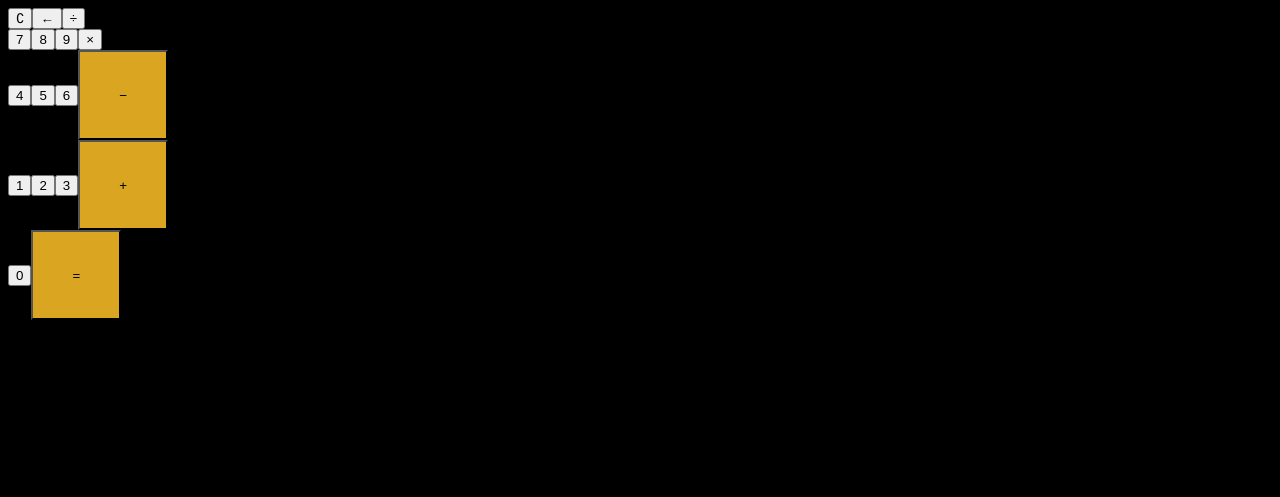
Repository: jontslater/LAB-calculator2
Page: index.html
The author's editor kept a copy of each file at every save. The page is drawn from the files as they stood at one save, then again after the next save.
The browser window is 1280 px wide. The pictures show the whole page.

Above is the page before, as saved 2023-10-12 15:46:36.

After the next save:
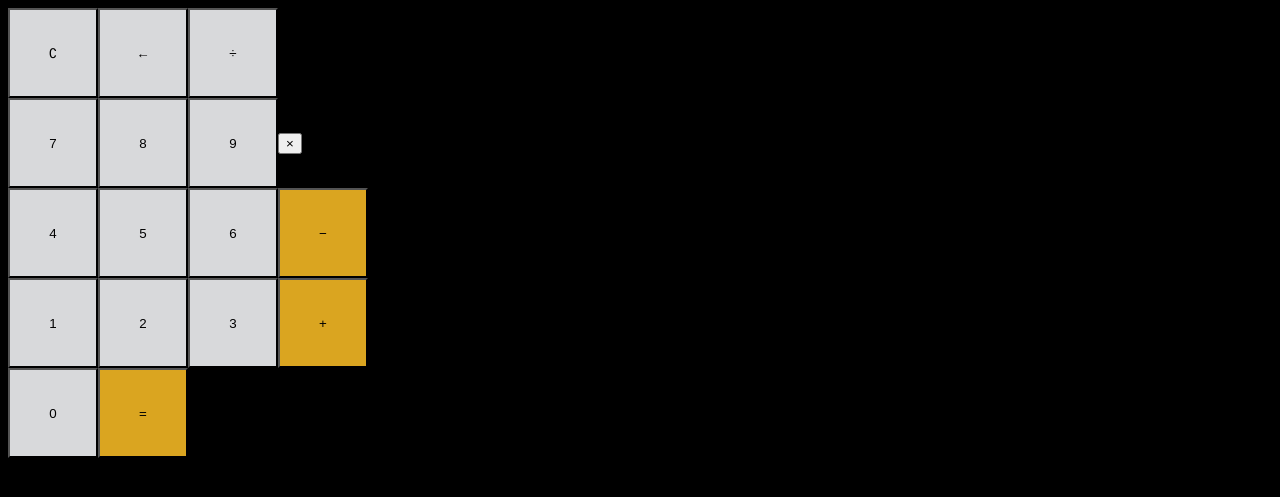
Saved 103 s later.
--- a/main.css
+++ b/main.css
@@ -16,3 +16,10 @@ body{
   height: 90px;
   width: 90px;
 }
+
+.gray{
+  background-color: #d8d9db;
+  height: 90px;
+  width: 90px;
+
+}
